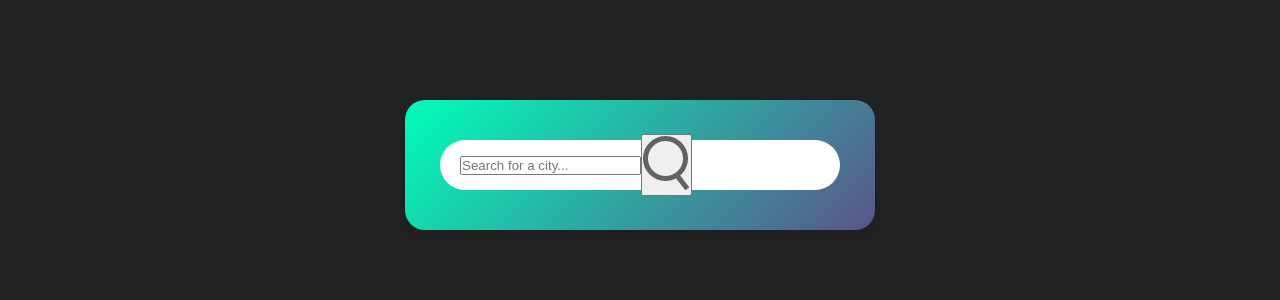
Repository: Abdelilah-Lakrim/Weather-App
Page: index.html
These files come from the project's save history. The page is drawn as it stood at one moment and after a run of saves; the edit follows.
The browser window is 1280 px wide. The pictures show the whole page.

Above is the page before, as saved 2025-06-17 11:03:45.

After the next 6 saves:
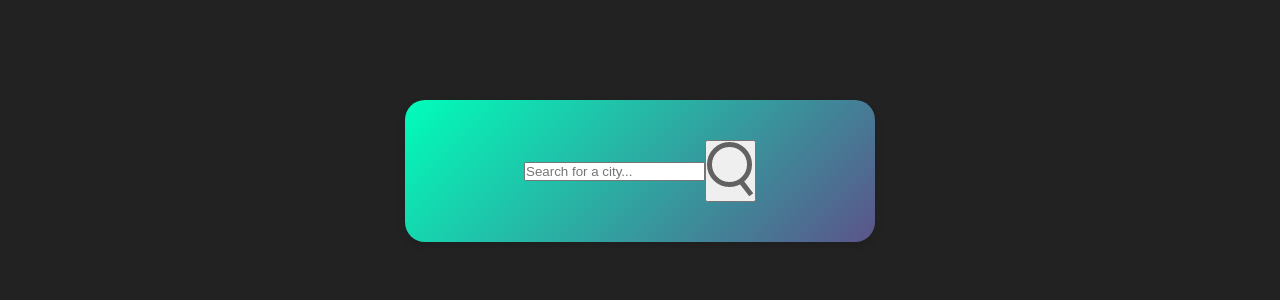
The 6 saves are shown as one change because they came seconds apart.
The last was saved 16 s later.
--- a/style.css
+++ b/style.css
@@ -24,10 +24,8 @@ body{
 .search{
     width: 100%;
     display: flex;
-    height: 50px;
-    border-radius: 25px;
-    background-color: #fff;
-    display: flex;
     align-items: center;
-    padding: 0 20px;
+    justify-content: center;
+    position: relative;
+
 }
